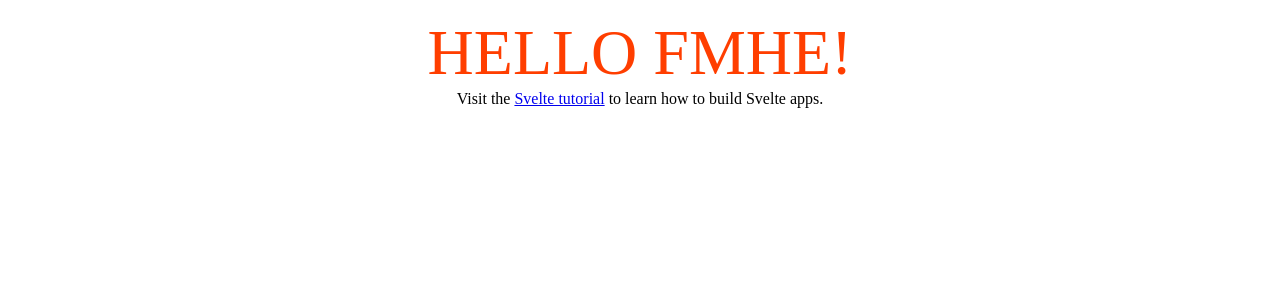
Repository: alex-dow/psikon-weather-station
Page: / (app in webapp/)
The author's editor kept a copy of each file at every save. The page is drawn from the files as they stood at one save, then again after a run of saves.
The browser window is 1280 px wide. The pictures show the whole page.
The project was rebuilt for these pictures with package versions that can differ from the ones it lists, and the page was loaded fresh each time.

Above is the page before, as saved 2021-12-10 13:53:06.

### webapp/public/index.html
<!DOCTYPE html>
<html lang="en">
<head>
	<meta charset='utf-8'>
	<meta name='viewport' content='width=device-width,initial-scale=1'>

	<title>Psikon Weather Station</title>
  <link rel="stylesheet" href="/global.css">
	<link rel='stylesheet' href='/bundle.css'>

	<script defer src='/bundle.js'></script>
</head>

<body>
</body>
</html>

### webapp/src/main.js
import App from './App.svelte';

const app = new App({
	target: document.body,
	props: {
		name: 'fmhe'
	}
});



export default app;

### webapp/src/App.svelte
<script>
	export let name = 'world';
</script>

<main>
	<h1>Hello {name}!</h1>
	<p>Visit the <a href="https://svelte.dev/tutorial">Svelte tutorial</a> to learn how to build Svelte apps.</p>
</main>

<style>
	main {
		text-align: center;
		padding: 1em;
		max-width: 240px;
		margin: 0 auto;
	}
	h1 {
		color: #ff3e00;
		text-transform: uppercase;
		font-size: 4em;
		font-weight: 100;
	}
	@media (min-width: 640px) {
		main {
			max-width: none;
		}
	}
</style>

### webapp/public/global.css
* {
  padding: 0;
  margin: 0;
  box-sizing: border-box;
 }
 body {
  font-family: "Montserrat";
 }

After the next 3 saves:
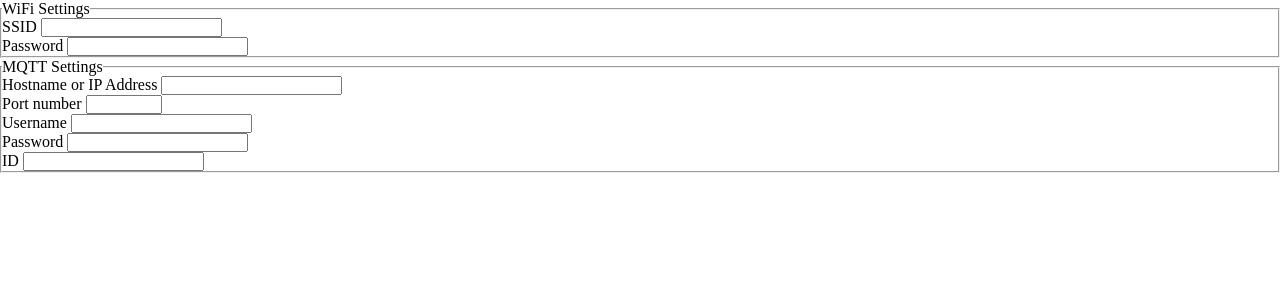
The 3 saves are shown as one change because 2 did not build or start.
The last was saved 81 s later.
--- a/webapp/src/App.svelte
+++ b/webapp/src/App.svelte
@@ -2,10 +2,50 @@
 	export let name = 'world';
 </script>
 
-<main>
-	<h1>Hello {name}!</h1>
-	<p>Visit the <a href="https://svelte.dev/tutorial">Svelte tutorial</a> to learn how to build Svelte apps.</p>
-</main>
+
+  <section>
+    <div class="container">
+
+    <form>
+      <fieldset>
+        <legend>WiFi Settings</legend>
+        <div class="form-group">
+          <label for="wifi_ssid">SSID</label>
+          <input id="wifi_ssid"/>
+        </div>
+        <div class="form-group">
+          <label for="wifi_password">Password</label>
+          <input id="wifi_password"/>
+        </div>
+      </fieldset>
+      <fieldset>
+        <legend>MQTT Settings</legend>
+        <div class="form-group">
+          <label for="mqtt_host">Hostname or IP Address</label>
+          <input id="mqtt_host"/>
+        </div>
+        <div class="form-group">
+          <label for="mqtt_port">Port number</label>
+          <input id="mqtt_port" type="number" min="0" max="65536"/>
+        </div>
+        <div class="form-group">
+          <label for="mqtt_username">Username</label>
+          <input id="mqtt_username"/>
+        </div>
+        <div class="form-group">
+          <label id="mqtt_password">Password</label>
+          <input id="mqtt_password"/>
+        </div>
+        <div class="form-group">
+          <label for="mqtt_id">ID</label>
+          <input id="mqtt_id" /><br/>
+        </div>
+      </fieldset>
+    </form>
+    </div>
+  </section>
+
+
 
 <style>
 	main {
